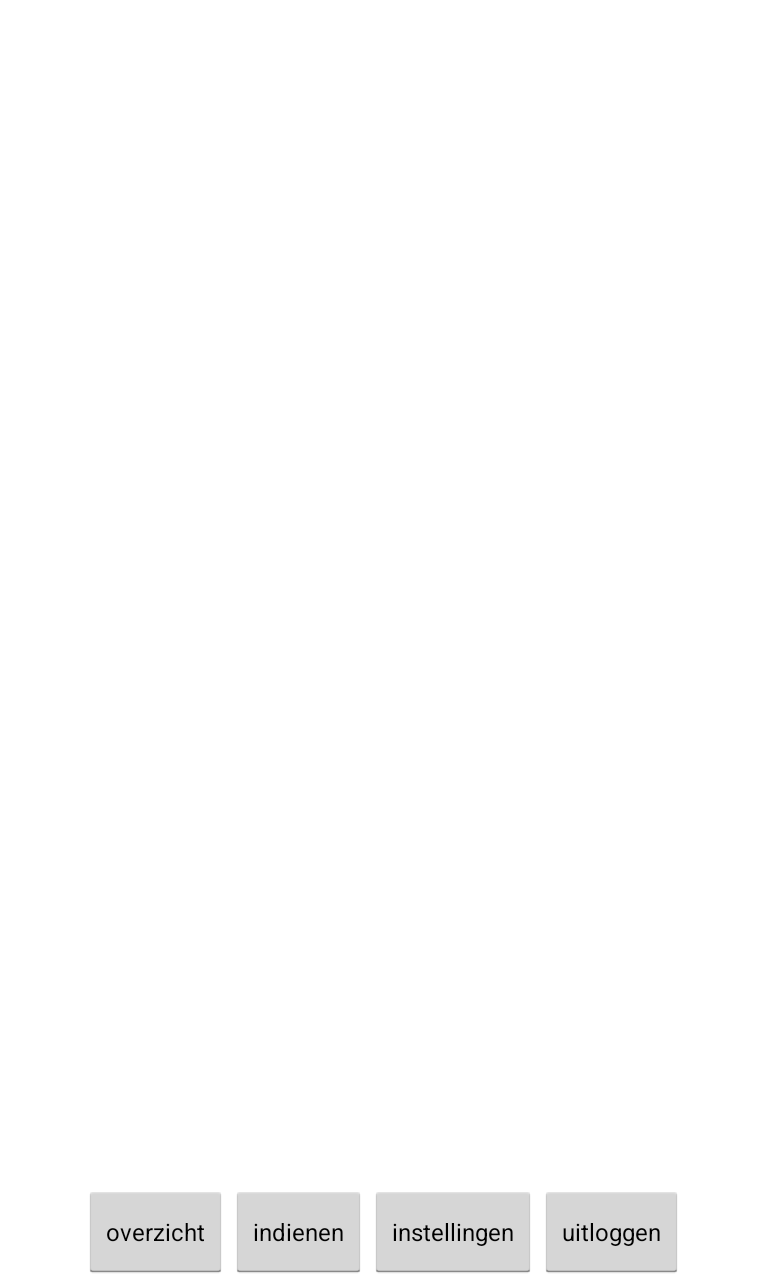
Repository: alexanderbolhuis/ilmoitus_mobile
Layout: LoginActivity/res/layout/activity_main.xml
An editor plug-in stored every save of this project. The layout is shown before and after the next save, followed by the edit.
It is drawn on a 768 x 1280 px phone screen (xhdpi) without system bars, with theme AppTheme; the app's code is not run. Lists and similar views that code fills are empty.

Above is the layout before, as saved 2014-05-01 12:04:13.

After the next save:
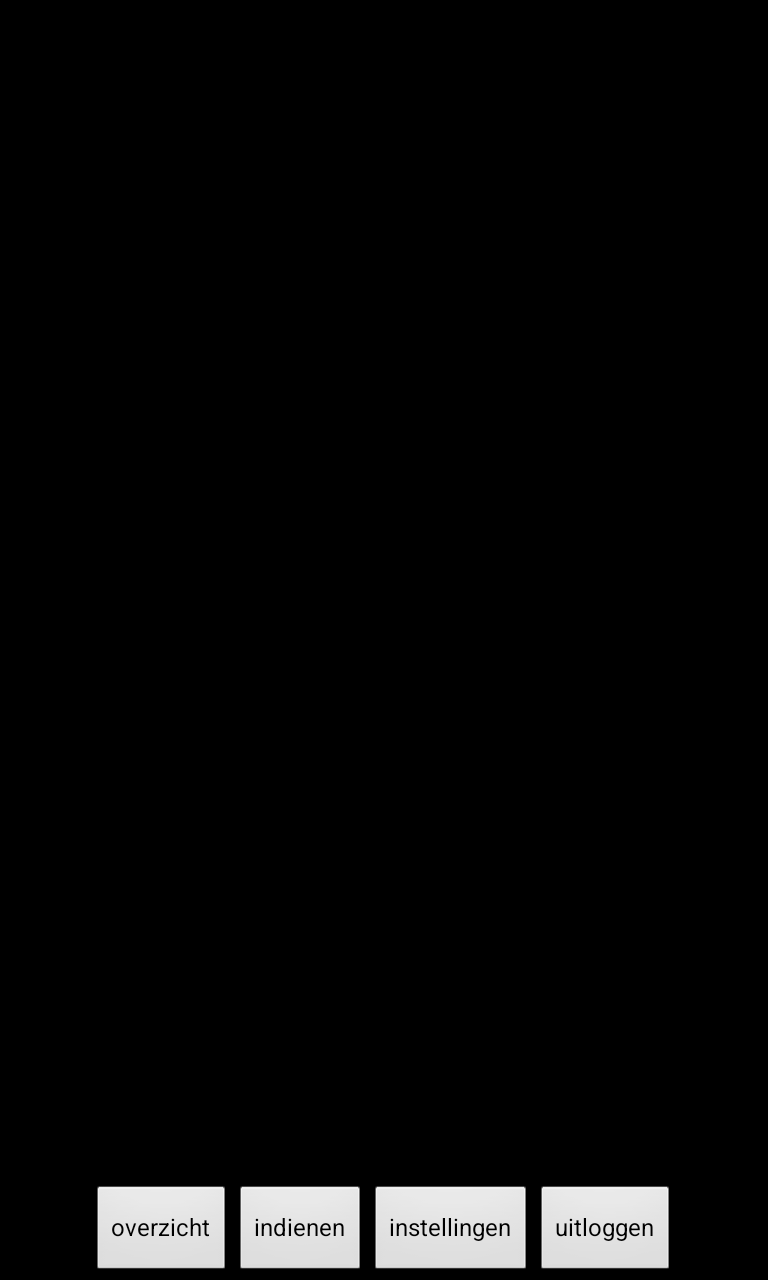
Saved 18 min 10 s later.
--- a/LoginActivity/res/values/styles.xml
+++ b/LoginActivity/res/values/styles.xml
@@ -16,7 +16,7 @@
     </style>
 
     <!-- Application theme. -->
-    <style name="AppTheme" parent="AppBaseTheme">
+    <style name="AppTheme" parent="android:Theme">
         <!-- All customizations that are NOT specific to a particular API-level can go here. -->
     </style>
 

After the save that followed:
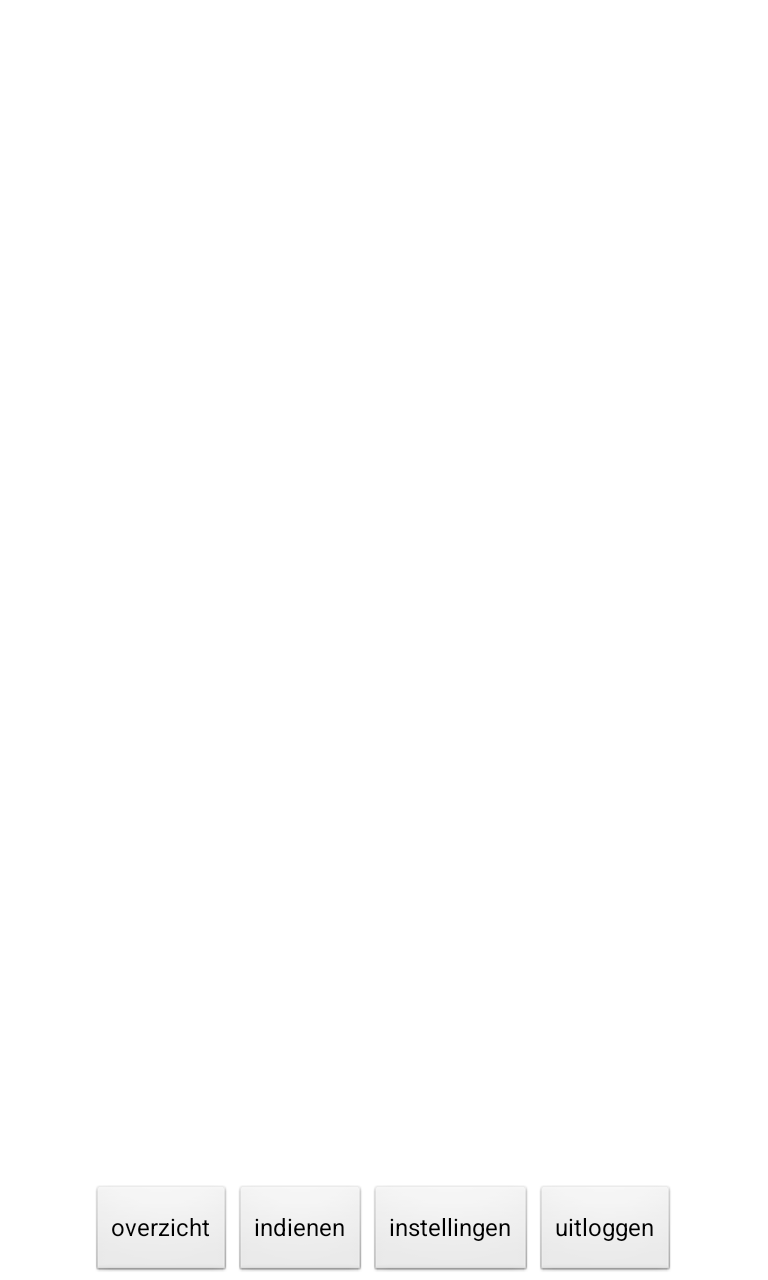
Saved 46 s later.
--- a/LoginActivity/res/values/styles.xml
+++ b/LoginActivity/res/values/styles.xml
@@ -16,7 +16,7 @@
     </style>
 
     <!-- Application theme. -->
-    <style name="AppTheme" parent="android:Theme">
+    <style name="AppTheme" parent="android:Theme.Light">
         <!-- All customizations that are NOT specific to a particular API-level can go here. -->
     </style>
 
